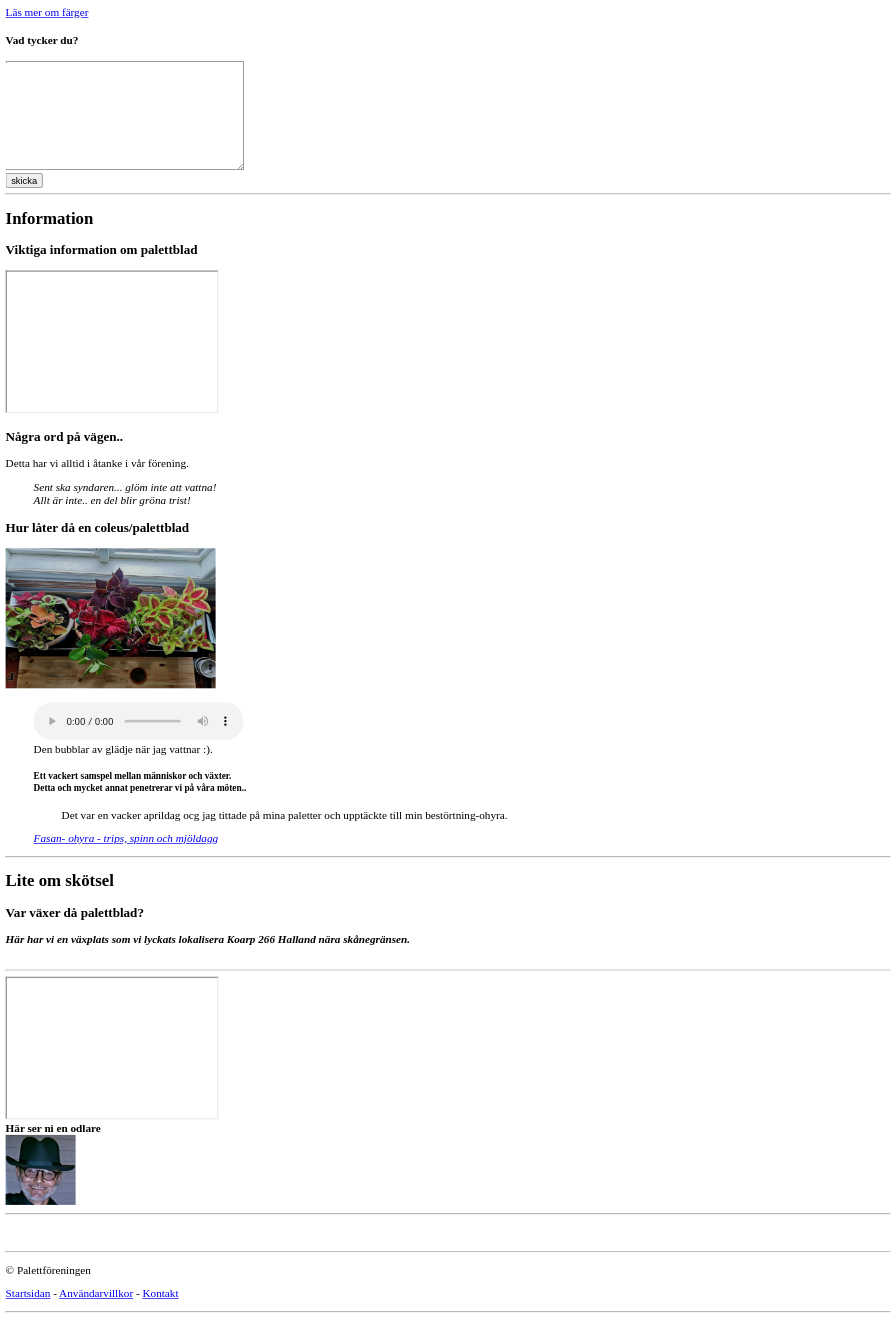
Repository: Webutveckling-20-21/Uppgift-1
Page: blogg.html
The author's editor kept a copy of each file at every save. The page is drawn from the files as they stood at one save, then again after the next save.
The browser window is 1280 px wide. The pictures show the part of the page from y = 1265 to 3185 px (the page is 3149 px tall before and 3185 px after), at 70% of full size.
Pictures or frames that could not be fetched are drawn as grey boxes.

Above is the page before, as saved 2021-09-07 16:06:40.

### blogg.html
<!DOCTYPE html>
<html lang="sv">

<head>
    <meta charset="UTF-8">
    <meta name="viewport" content="width=device-width, initial-scale=1.0">
    <title>Föreningens blogg</title>
</head>

<body>
    <header>
        <h1>Palettbloggen</h1>
        <!-- Här läggs alla länkar in-->
        <a href="blogg.html"><b> Blogga om paletter</b></a>&nbsp;&nbsp;&nbsp;&nbsp;&nbsp;&nbsp;&nbsp;&nbsp;
        <a href="verksamheten.html"><b> Vad vi gör</b></a>&nbsp;&nbsp;&nbsp;&nbsp;&nbsp;&nbsp;&nbsp;&nbsp;
        <a href="medlemskap.html"><b>Bli medlem</b></a>

    </header>
    <main>
        <section>
            <h2>Vår blogg</h2>
            <article>
                <!-- första blogginlägget -->




                <br>
                <h3> <b> Några ord från ordföranden</b></h3>
                <img src="images/ord.jpg" width="100" height="100" alt="Ordförande"> <br>
                <h4>Lite om paletters skötsel</h4>


                <p> Ni kommer att förstå varandra, för palettblad svarar artigt. <br> Mörkt – växer långsamt. Ljust
                    –
                    växer
                    snabbt. Mindre vatten – grönare blad. <br> Mer vatten – ljusrosa blad. Inget vatten – slokar.
                    Enkelt!
                    Lätt att föröka. </p> <br>

                <p> <b> Latinskt namn:</b> Plectranthus scutellarioides
                    Växtfamilj: Kransblommiga växter. <br> <br>



                    <b> Läge:</b> Placeras ljust, men inte i direkt solljus då bladen kan brännas. <br>
                    Ju mer sol den får, desto
                    intensivare blir färgerna. <br> I skugga blir bladen mer gröna.
                    Under sommaren kan palettblad placeras ljust men <br> inte i direkt solljus då kan bladen
                    brännas.
                    <br>
                </p>

                <b> Temperatur:</b> Känslig för temperaturer under 18°C. <br> <br>

                <b> Vattning:</b> Vattnas ofta, 1-2 gånger i veckan. Håll jorden fuktig. <br> Som många växter vill den
                ha
                mer
                vatten på sommarhalvåret än på vintern. <br>

                <h4>Några hållpunkter som ny odlare</h4>
                <ul>
                    <li>Vattna lagom</li>
                    <li>Lagom ljus</li>
                    <li>Ta in dom när temperaturen sjunker och det är risk för frost</li>
                </ul>

            </article>

            <article>
                <!-- Andra inlägget  -->
                <h2>Färger och korsningar</h2>
                <p> Färger: Vi odlar växten för färgernas skull och de är nästan alla palettens. <br> Allt från
                    crèmevitt
                    och ljusgrönt till limefärgat, grönt, rost, rött och purpur – alla i många färgnyanser. <br>
                    Bakgrund:
                    Flerårig ört till halvbuske som förgrenar sig lätt. <br> I naturen blir den runt en meter hög. <br>
                    <i> Stina</i>
                </p>


            </article>

            <article>
                <!-- Tredje inlägget -->
                <h2>Fel om färger</h2>
                <p> Dessa frön sägs ofta ge blåa palettblad (palettblad kan inte bli blå). <br> Eller andra palettblad
                    med
                    väldigt speciella former och färger. <br> Som jag nämnde ovan så är det bara Palettblad med relativt
                    enkla former och färger, <br> som man har lyckats göra fröäkta. <br>
                    <i>Olle ny medlem</i>
                    <br>
                    <img src="images/olle.jpg" width="100" height="120" alt="olle">
                </p>

                <a href="https://coleus.blogg.se/">Läs mer om färger</a>
            </article>
            <h4>Vad tycker du?</h4>
            <textarea name="bloggpost" cols="40" rows="10"></textarea><br>
            <input type="submit" value="skicka">
        </section>
    </main>
    <hr>
    <aside>
        <section>
            <h2>Information</h2>
            <article>
                <h3>Viktiga information om palettblad</h3>

                <iframe src="https://youtu.be/BvaeieAXEZY" height="200" width="300" title="Iframe Example"></iframe>
            </article>
        </section>
        <article>
            <h3>Några ord på vägen..</h3>
            Detta har vi alltid i åtanke i vår förening.
            <!-- ett element för citat -->
            <blockquote>
                <i> Sent ska syndaren... glöm inte att vattna!</i>
                <br>
                <i> Allt är inte.. en del blir gröna trist!</i>
                <br>
            </blockquote>
            <h3>Hur låter då en coleus/palettblad</h3>
            <img src="images/pal.jpg" width="300" height="200" alt="en palett">
            <figure>
                <audio controls src="sounds/w.oga"></audio>
                <figcaption>Den bubblar av glädje när jag vattnar :).</figcaption>

                <h5> Ett vackert samspel mellan människor och växter.</b> <br>
                    <bold> Detta och mycket annat penetrerar vi på våra möten..</bold>

            </figure>


            <figure>
                <blockquote>
                    <p>Det var en vacker aprildag ocg jag tittade på mina paletter och upptäckte till min
                        bestörtning-ohyra.</p>
                </blockquote>
                <figcaption> <cite><a href="https://coleus.blogg.se/2019/july/ohyra-trips-spinn-och-mjoldagg.html">
                            Fasan- ohyra - trips, spinn och mjöldagg</a></cite> </figcaption>
            </figure>

        </article>
        <hr>
        <section>
            <h2>Lite om skötsel</h2>
            <article>
                <h3>Var växer då palettblad?</h3>
                <p>
                    <b> <i> Här har vi en växplats som vi lyckats lokalisera
                            Koarp 266 Halland nära skånegränsen. </i> </b> <br> <br>
                    <hr>

                    <iframe width="300" height="200" src="https://kartor.eniro.se/m/GUsQ0">
                    </iframe> <br>

                    <b> Här ser ni en odlare </b><br>
                    <img src="images/odl.jpg" width="100" height="100" alt="en odlare"> <br>


                    <hr>
            </article>
        </section>

    </aside> <br><br>
    <hr>
    <footer>
        <p> &copy; Palettföreningen</p>
        <nav>
            <p>
                <a href="blogg.html">Startsidan</a> -
                <a href="villkor.html">Användarvillkor</a> -
                <a href="kontakt.html">Kontakt</a>
            </p>
        </nav>


    </footer>
    <hr>
</body>

</html>

After the next save:
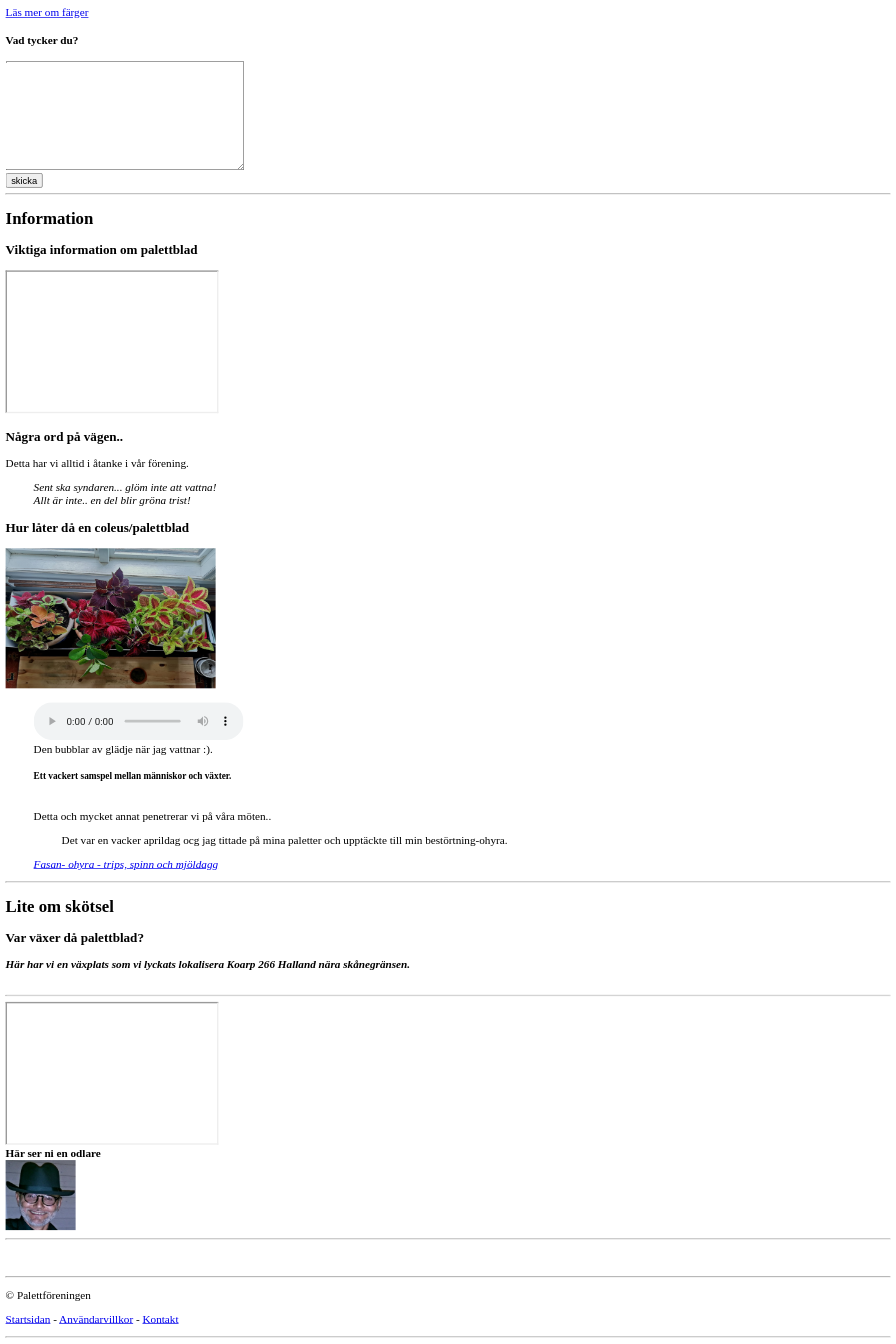
Saved 6 s later.
--- a/blogg.html
+++ b/blogg.html
@@ -126,7 +126,7 @@
                 <audio controls src="sounds/w.oga"></audio>
                 <figcaption>Den bubblar av glädje när jag vattnar :).</figcaption>
 
-                <h5> Ett vackert samspel mellan människor och växter.</b> <br>
+                <h5> Ett vackert samspel mellan människor och växter.</h5> <br>
                     <bold> Detta och mycket annat penetrerar vi på våra möten..</bold>
 
             </figure>
